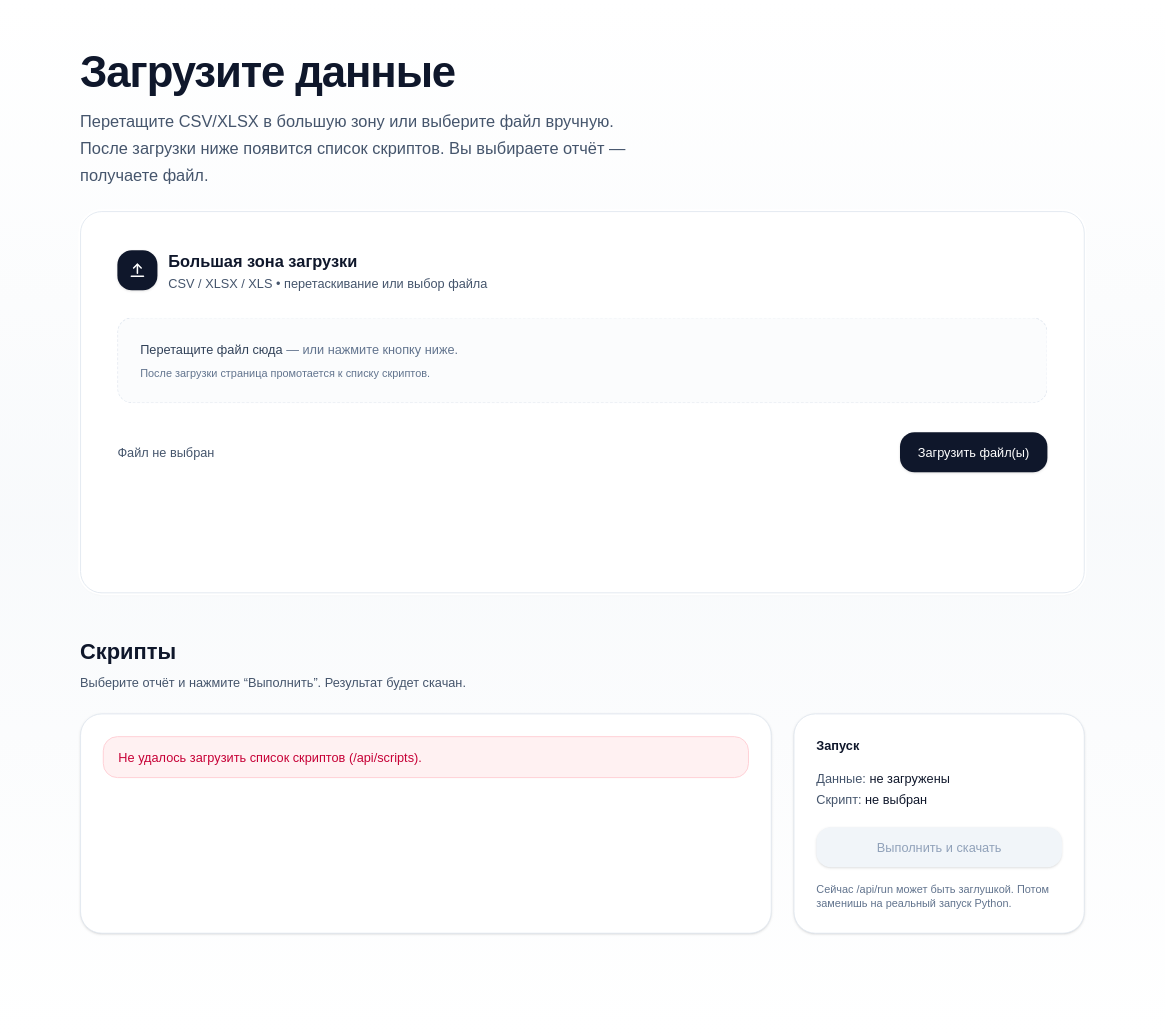
Repository: vladzap2423/report_studio_v2
Page: /
These files come from the project's save history. The page is drawn as it stood at one moment and after the next save; the edit follows.
The browser window is 1280 px wide. The pictures show the whole page, at 91% of full size.
The page's requests for data from a server got no answer. The project was rebuilt for these pictures with package versions that can differ from the ones it lists, and the page was loaded fresh each time. The framework's server and built-in components were replaced by stand-ins that run in the browser. No one was signed in, and anything a server would have sent is missing. Also part of the build but not shown: next.config.ts.

Above is the page before, as saved 2026-02-12 14:51:45.

After the next save:
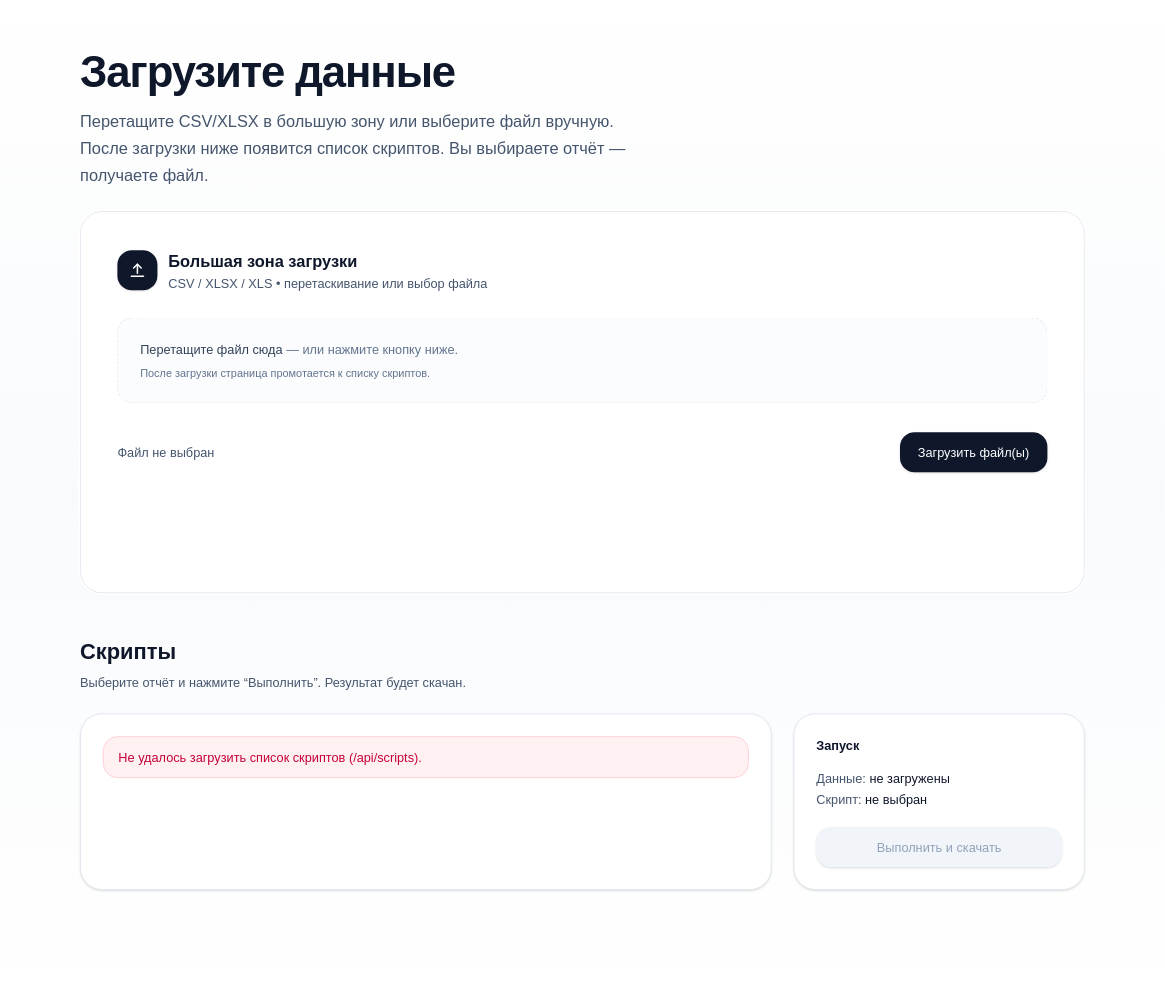
Saved 20 s later.
--- a/src/app/page.tsx
+++ b/src/app/page.tsx
@@ -447,10 +447,6 @@ export default function HomePage() {
               >
                 {isRunning ? "Выполнение…" : "Выполнить и скачать"}
               </button>
-
-              <div className="mt-4 text-xs text-slate-500">
-                Сейчас /api/run может быть заглушкой. Потом заменишь на реальный запуск Python.
-              </div>
             </div>
           </div>
         </div>
